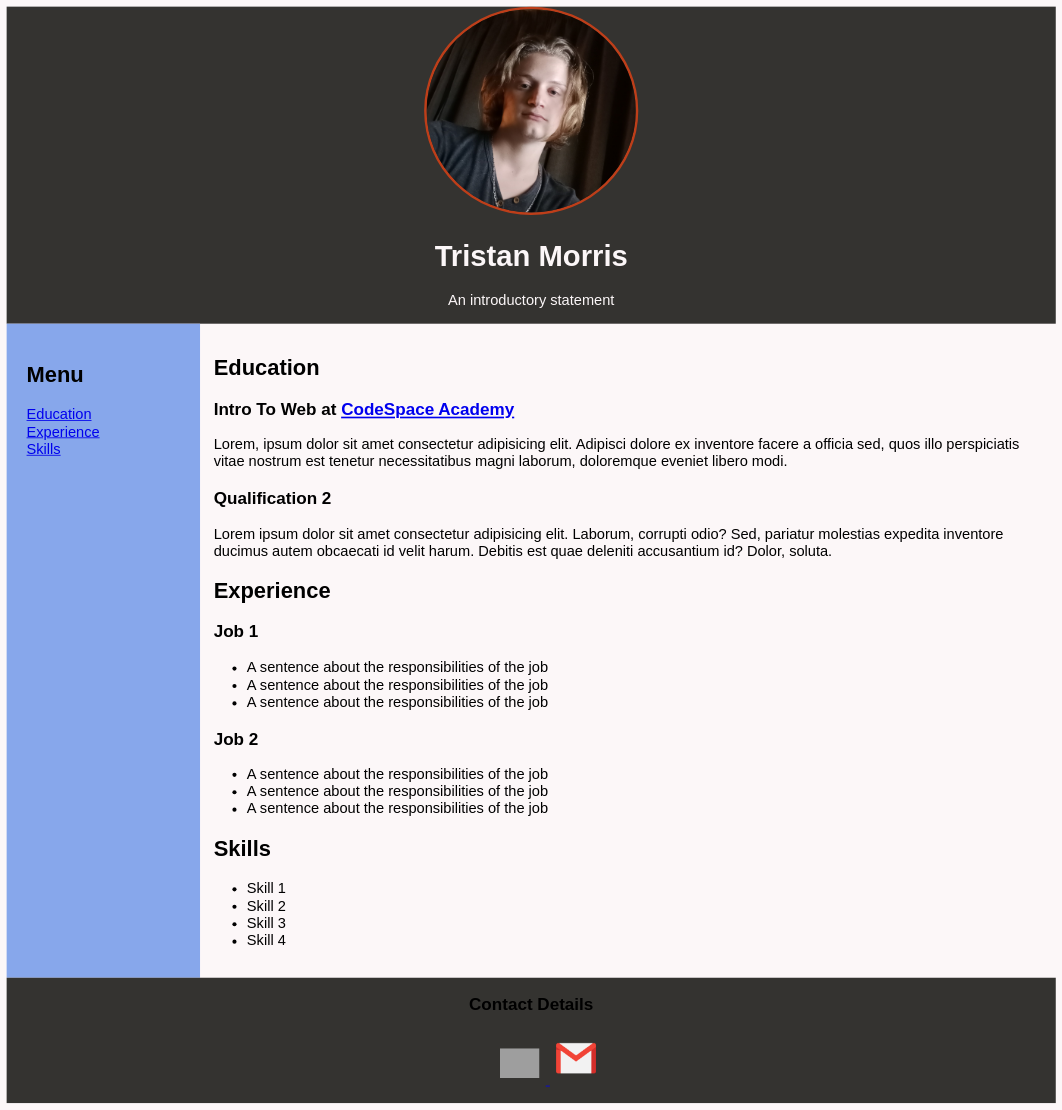
Repository: TristanKMorris/introToWebDesignAssignment
Page: resume1.html
The author's editor kept a copy of each file at every save. The page is drawn from the files as they stood at one save, then again after the next save.
The browser window is 1280 px wide. The pictures show the whole page, at 83% of full size.
Pictures or frames that could not be fetched are drawn as grey boxes.

Above is the page before, as saved 2022-06-02 21:08:40.

After the next save:
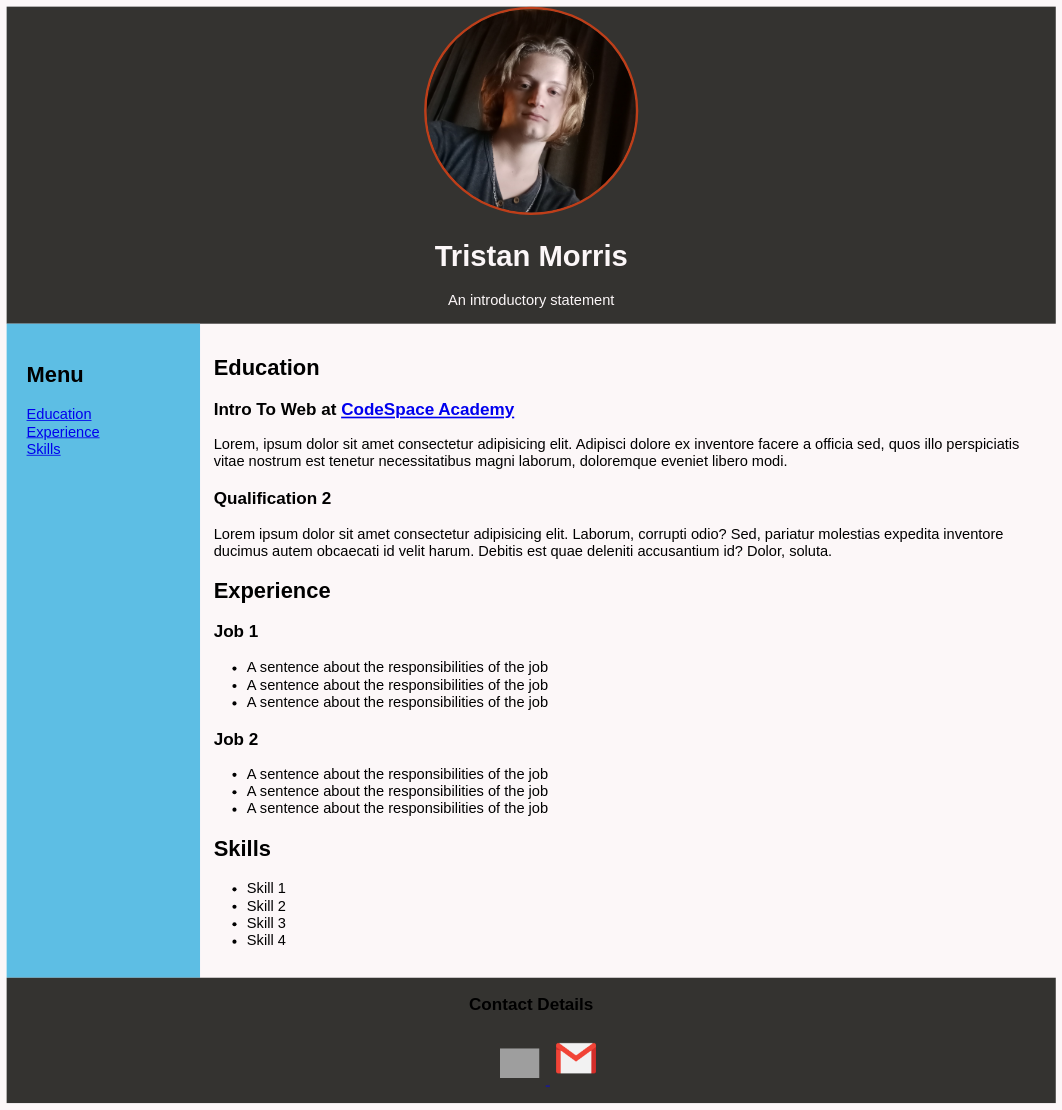
Saved 16 s later.
--- a/css/stylesheet.css
+++ b/css/stylesheet.css
@@ -36,7 +36,7 @@ footer {
 }
 #sidebar{
   width: 25%;
-  background-color: rgb(135, 167, 235);
+  background-color: rgb(93, 190, 228);
   padding: 1.5rem;
   color: black;
 }
